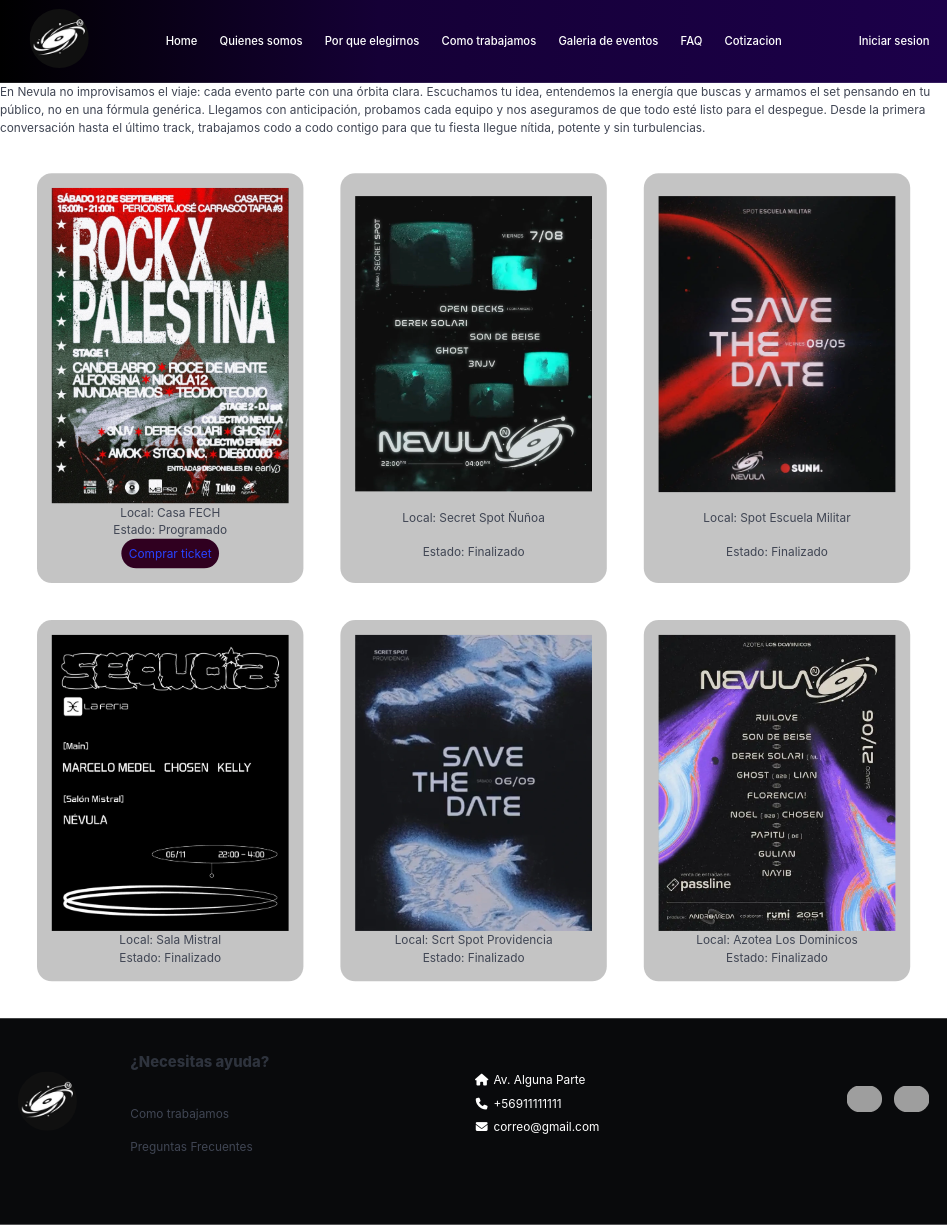
Repository: ChrisMalhue/PaginaNebula
Page: pages/eventos.html
The author's editor kept a copy of each file at every save. The page is drawn from the files as they stood at one save, then again after the next save.
The browser window is 1280 px wide. The pictures show the whole page, at 74% of full size.
Pictures or frames that could not be fetched are drawn as grey boxes.

Above is the page before, as saved 2026-09-09 21:44:00.

After the next save:
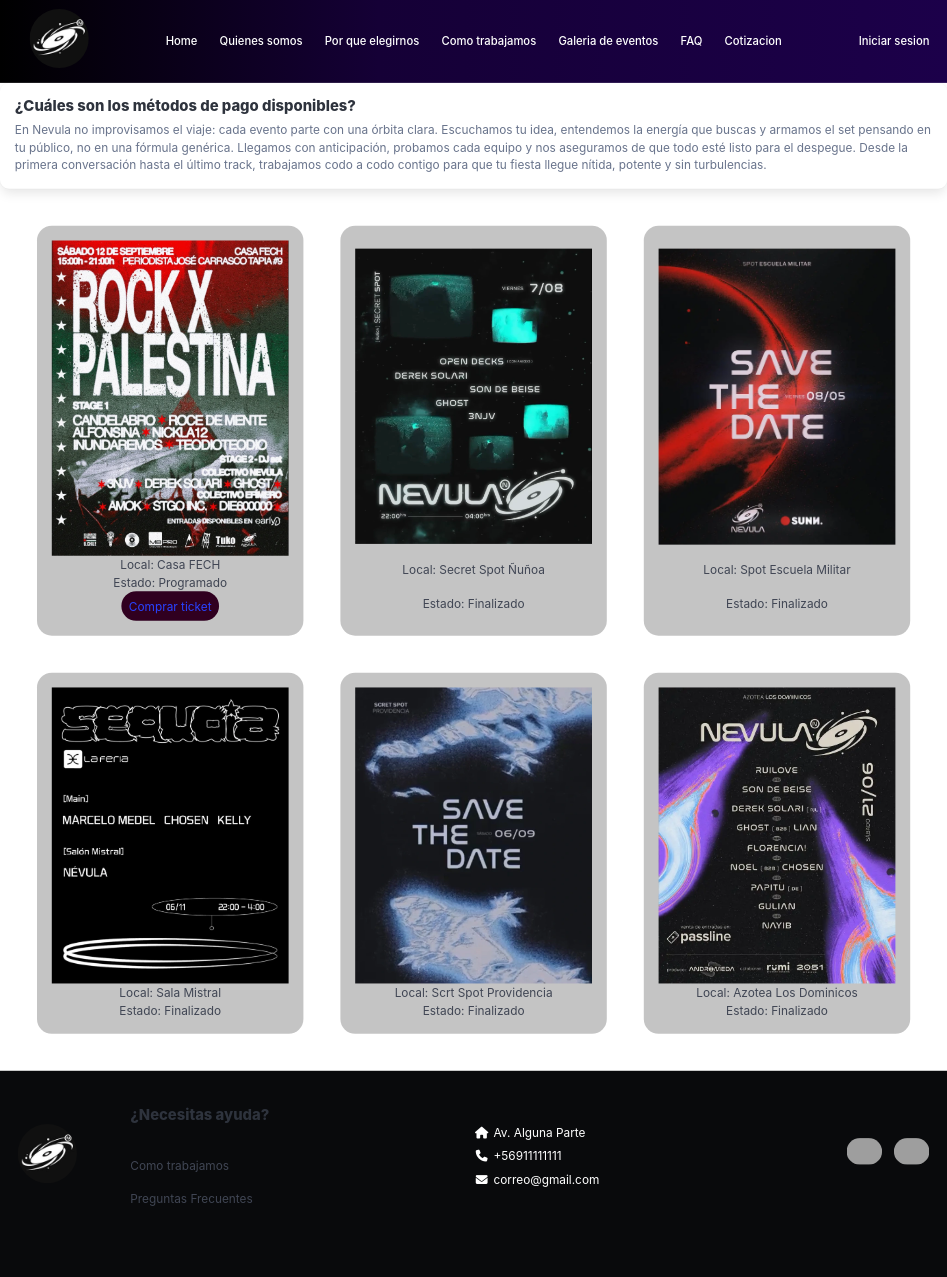
Saved 5 min 2 s later.
--- a/pages/eventos.html
+++ b/pages/eventos.html
@@ -12,7 +12,13 @@
     <header id ="header"></header>
 
     <section id="trabajamos">
-            <p>En Nevula no improvisamos el viaje: cada evento parte con una órbita clara. Escuchamos tu idea, entendemos la energía que buscas y armamos el set pensando en tu público, no en una fórmula genérica. Llegamos con anticipación, probamos cada equipo y nos aseguramos de que todo esté listo para el despegue. Desde la primera conversación hasta el último track, trabajamos codo a codo contigo para que tu fiesta llegue nítida, potente y sin turbulencias.</p>
+
+        <div class="faq-item box mb-4">
+                <h3 class="faq-pregunta title is-5 mb-2">¿Cuáles son los métodos de pago disponibles?</h3>
+                <p class="faq-respuesta has-text-grey">
+                    En Nevula no improvisamos el viaje: cada evento parte con una órbita clara. Escuchamos tu idea, entendemos la energía que buscas y armamos el set pensando en tu público, no en una fórmula genérica. Llegamos con anticipación, probamos cada equipo y nos aseguramos de que todo esté listo para el despegue. Desde la primera conversación hasta el último track, trabajamos codo a codo contigo para que tu fiesta llegue nítida, potente y sin turbulencias.
+                </p>
+            </div>
     </section>
 
     <section id="fotos">
